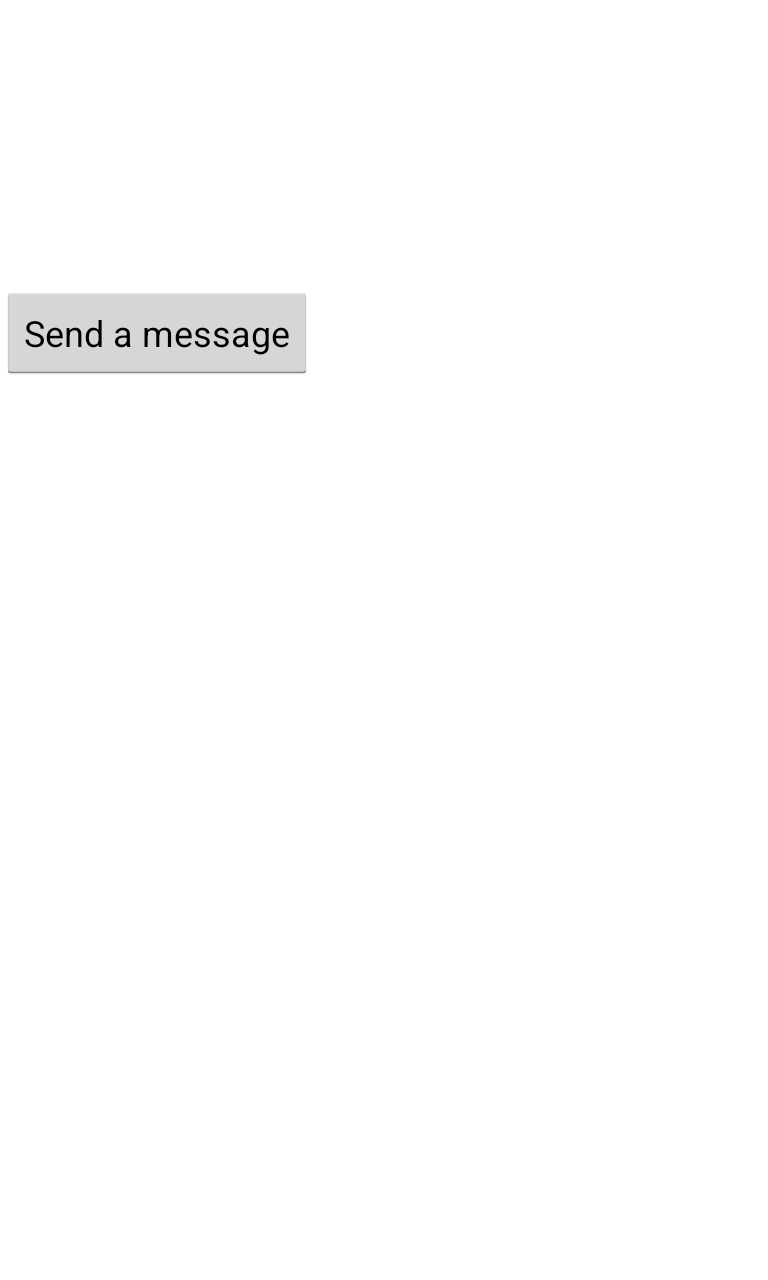
Repository: cubsk/Drinky
Layout: workspace/Drinky/res/layout/activity_recipe_list.xml
These files come from the project's save history. The layout is drawn as it stood at one moment and after the next save; the edit follows.
It is drawn on a 768 x 1280 px phone screen (xhdpi) without system bars, with theme AppTheme; the app's code is not run. Lists and similar views that code fills are empty.

Above is the layout before, as saved 2013-06-28 17:59:04.

### workspace/Drinky/res/layout/activity_recipe_list.xml
<LinearLayout xmlns:android="http://schemas.android.com/apk/res/android"
    xmlns:tools="http://schemas.android.com/tools"
    android:layout_width="match_parent"
    android:layout_height="match_parent"
    android:orientation="horizontal" >

	<EditText android:id="@+id/edit_message"
	    	android:layout_weight="1"
	        android:layout_width="0dp"
	        android:layout_height="wrap_content"
	        android:hint="@string/edit_message" />
  <Button
        android:layout_width="wrap_content"
        android:layout_height="wrap_content"
        android:text="@string/button_send"
        android:onClick="sendMessage"
        />

<ListView
    android:id="@+id/recipelist"
    android:layout_width="wrap_content"
    android:layout_height="wrap_content" />

    </LinearLayout>

### workspace/Drinky/res/values/strings.xml
<?xml version="1.0" encoding="utf-8"?>
<resources>

    <string name="app_name">Drinky</string>
    <string name="action_settings">Settings</string>
    <string name="hello_world">Hello world!</string>
    <string name="edit_message">Enter a message</string>
    <string name="button_send">Send a message</string>
    <string name="title_activity_display_message">The Message</string>
    <string name="title_activity_recipe_list">Recipes</string>


    <string name="title_activity_recipe_list_favorit_icon">Recipe favorite status</string>

</resources>

Loaded but not shown: workspace/Drinky/res/values/styles.xml (common file); workspace/Drinky/res/values-v11/styles.xml (common file); workspace/Drinky/res/values-v14/styles.xml (common file)

After the next save:
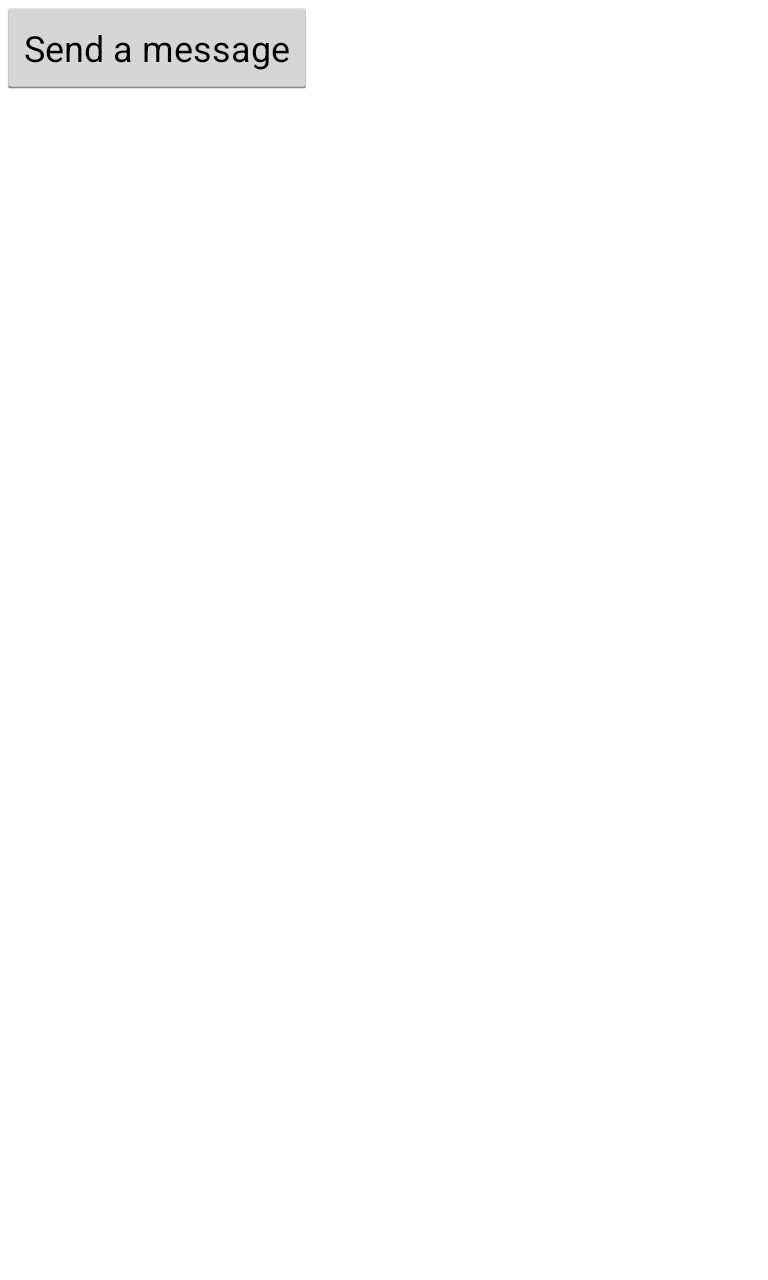
Saved 18 min 45 s later.
--- a/workspace/Drinky/res/layout/activity_recipe_list.xml
+++ b/workspace/Drinky/res/layout/activity_recipe_list.xml
@@ -2,13 +2,8 @@
     xmlns:tools="http://schemas.android.com/tools"
     android:layout_width="match_parent"
     android:layout_height="match_parent"
-    android:orientation="horizontal" >
+    android:orientation="vertical" >
 
-	<EditText android:id="@+id/edit_message"
-	    	android:layout_weight="1"
-	        android:layout_width="0dp"
-	        android:layout_height="wrap_content"
-	        android:hint="@string/edit_message" />
   <Button
         android:layout_width="wrap_content"
         android:layout_height="wrap_content"
